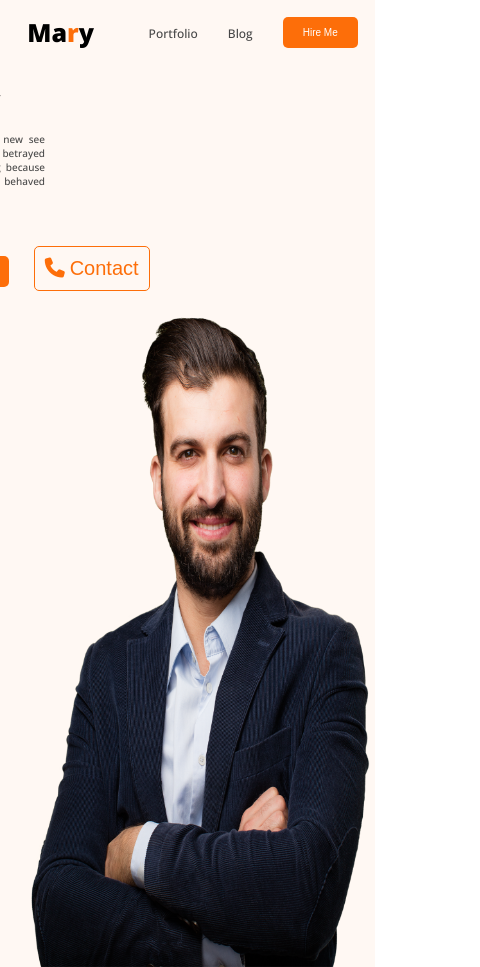
Repository: nahid-hasann/website-1
Page: index.html
The author's editor kept a copy of each file at every save. The page is drawn from the files as they stood at one save, then again after a run of saves.
The browser window is 375 px wide. The page is 480 px wide, so the pictures cover 480 px, including what lies to the right of the window. The pictures show the whole page.

Above is the page before, as saved 2025-07-16 12:32:36.

### index.html
<!DOCTYPE html>
<html lang="en">
<head>
    <meta charset="UTF-8">
    <meta name="viewport" content="width=device-width, initial-scale=1.0">
    <title>Document</title>
    <link rel="preconnect" href="https://fonts.googleapis.com">
<link rel="preconnect" href="https://fonts.gstatic.com" crossorigin>
<link href="https://fonts.googleapis.com/css2?family=Open+Sans:ital,wght@0,300..800;1,300..800&display=swap" rel="stylesheet">
<link rel="stylesheet" href="style.css">
<link rel="stylesheet" href="https://cdnjs.cloudflare.com/ajax/libs/font-awesome/6.7.2/css/all.min.css" integrity="sha512-Evv84Mr4kqVGRNSgIGL/F/aIDqQb7xQ2vcrdIwxfjThSH8CSR7PBEakCr51Ck+w+/U6swU2Im1vVX0SVk9ABhg==" crossorigin="anonymous" referrerpolicy="no-referrer" />
<link rel="shortcut icon" href="images/icons/icons8-portfolio-50.png" type="image/x-icon">
</head>
<body class="open-sans-nahid">

<header class="main-header">
    <nav class="header">
          <div>
            <h3 class="nav-title">Ma<span style="color: #fd6e09;">r</span>y</h3>
          </div>
          <div class="menu">
            <ul>
            <li><a href="" class="dark-2" >Portfolio</a></li>
            <li><a  class="dark-2" href="">Blog</a></li>
            <li><button class="hire-me">Hire Me</button></li>
          </ul>
          </div>
    </nav>

    <div class="banner">

      <div class="banner-container">
        <h4 class="dark-2 hi-i-am">Hi, I  am</h4>
        <h1  class="mary-hardy" >Mary Hardy</h1>
        <br>
        <p class="banner-description dark-2">
          Shot what able cold new see hold.Friendly as an betrayed formerly he. Morning because as to society behaved moments.
        </p>
        <br>
        <br>
        <button class="hire-me" style="margin-right: 20px;"><i class="fa-solid fa-download" style="margin-right: 5px;"></i>Download Cv</button>
        <button class="btn-2"><i class="fa-solid fa-phone" style="margin-right: 5px;"></i>Contact</button>
      </div>
      <img class="banner-img" src="images/hardy.png" alt="">

    </div>

</header>

<main >

  <section class="section hide">
      <h3 class="section-title">About Me</h3>
      <p style="font-size: 18px; color: grey; margin-top: 30px;">I, m a designer & developer with a passion for web design. I enjoy developing simple, clean and slick websites that provide real value to the end user. Thousands of clients have procured exceptional resulfs while working with me. Delivering work within time and budget which meets clients requirements in our mata.</p>

      <div class="about-items">

    <div class="about-item">
      <p class="item-title ektubeshi">Name:</p>
      <p class="item-description">Mary Hardy</p>
    </div>
    <div class="about-item">
      <p class="item-title">Email:</p>
      <p class="item-description">info@gmail.com</p>
    </div>
    <div class="about-item">
      <p class="item-title">Date of birth:</p>
      <p class="item-description">11 November 1987</p>
    </div>
    <div class="about-item">
      <p class="item-title">From:</p>
      <p class="item-description">Los Angeles, USA</p>
    </div>

  </div>

  </section>

  <section class="skiill hide">
            <h3 class="section-title">What I do</h3>
            <p class="section-des">I have more than 10 years experience building software for clients all over the world. Below is a quick overview of my main technical skill sets and technologies i use. Want to find out more about my experience? Check out my online resume and project portfolio.</p>

         <div class="skills-container">

          <div class="skkis-veriation">
            <img src="images/icons/js.png" alt="" class="skiils-img">
            <p class="skills-heading">Vanilla JavaScript</p>
            <p class="skiils-description"> List skill/technologies here. You can change the icon above to any of the 1500+ FontAwesome 5 free icons available. Aenean commodo ligula eget dolor.</p>
          </div>
          <div class="skkis-veriation">
            <img src="images/icons/react.png" alt="" class="skiils-img">
            <p class="skills-heading">React</p>
            <p class="skiils-description">List skill/technologies here. You can change the icon above to any of the 1500+ FontAwesome 5 free icons available. Aenean commodo ligula eget dolor.</p>
          </div>
          <div class="skkis-veriation">
            <img src="images/icons/nodejs.png" alt="" class="skiils-img">
            <p class="skills-heading">Node.js</p>
            <p class="skiils-description">List skill/technologies here. You can change the icon above to any of the 1500+ FontAwesome 5 free icons available. Aenean commodo ligula eget dolor.</p>
          </div>
          <div class="skkis-veriation">
            <img src="images/icons/mongo.png" alt="" class="skiils-img">
            <p class="skills-heading">MongoDB</p>
            <p class="skiils-description">List skill/technologies here. You can change the icon above to any of the 1500+ FontAwesome 5 free icons available. Aenean commodo ligula eget dolor.</p>
          </div>

         </div>

  </section>

  <section class="hide">

<div class="container-m">
    <h2>A Summary of My Resume</h2>
    <div class="grid">
      <div class="section-m">
        <h3>My Education</h3>
        <div class="item-m">
          <h4>Master in Computer Engineering</h4>
          <span>Harvard University / 2015 - 2017</span>
          <p>Specialized in advanced algorithms and software engineering principle.</p>
        </div>
        <hr>
        <br>
        <div class="item-m">
          <h4>Bachelor in Computer Science</h4>
          <span>MIT / 2011 - 2015</span>
          <p>Focused on data structures, programming, and system design.</p>
        </div>
        <hr>
        <br>
        <div class="item-m">
          <h4>Bachelor in Computer Science</h4>
          <span>MIT / 2011 - 2015</span>
          <p>Focused on data structures, programming, and system design.</p>
        </div>

      </div>
      <div class="section-m">
        <h3>My Experience</h3>
        <div class="item-m">
          <h4>Sr. Front End Developer</h4>
          <span>Apple Inc / 2020 - Current</span>
          <p>Developing scalable web apps using React and modern JavaScript.</p>
        </div>
    <hr>
        <br>
        <div class="item-m">
          <h4>Jr. Front End Developer</h4>
          <span>Dribbble Inc / 2018 - 2022</span>
          <p>Worked on UI components and improved user experience for design.</p>
        </div>
        <hr>
    <br>
        <div class="item-m">
          <h4>HTML Developer</h4>
          <span>Adobe Inc / 2017 - 2018</span>
          <p>Built static and dynamic pages ensuring responsive design.</p>
        </div>
      </div>
    </div>
  </div>

  <button class="hire-me" style="margin: 20px auto; display: block;"><i class="fa-solid fa-download" style="margin-right: 5px;"></i>Download Cv</button>

  </section>

</main>

<!-- .about-items*4>p.item-title+p.item-description  -->


<footer class="hide">

     <div class="main-footer">

     <div class="footer-column">
        <h3 class="section-title">Lets Connect</h3>
        <p style="font-size: 18px; color: grey; margin: 20px 0px;">Please fill out the form on this section to contact with me or call between 9:00 A.M and 8.00 P.M ET, Monday through Friday.</p>
        <img src="images/icons/facebook.png" alt="">
        <img style="margin: 0px 20px;" src="images/icons/twitter.png" alt="">
        <img src="images/icons/insta.png" alt="">
     </div>

     <div class="footer-column">

        <h3 class="section-title" style=" margin-bottom: 30px;">Lets Connect</h3>
        <form class="form" action="">
            <input type="text" name="" placeholder="Your Name" id=""> <br>
            <input type="email" name="" placeholder="Yoour Email" id=""> <br>
            <textarea name="" placeholder="Message" id=""></textarea> <br>
            <button class="hire-me" >Submit</button>
        </form>

     </div>

</div>

</footer>


</body>
</html>

### style.css
* {
  margin: 0;
  padding: 0;
  box-sizing: border-box;
}


.open-sans-nahid {
  font-family: "Open Sans", sans-serif;
  font-optical-sizing: auto;
  font-style: normal;
  font-variation-settings: "wdth" 100;
  font-weight: 500;
}

.main-header{
    background-image: url('images/developer.png'), url('images/header_bg.png') ;
    background-repeat: no-repeat;
    background-position: 60px  28px, bottom right ;
    background-color: #fff8f3;
}



.header{
    display: flex;
    justify-content: space-around;
    gap: 250px;
    align-items: center;
    /* background-color: red; */
    padding: 15px 0px;
}

.nav-title{
    font-weight: 800;
    font-size: 45px;
}

.menu ul{
    display: flex;
    gap: 30px;
    align-items: center;
}

.menu ul li{
    list-style: none;

}

.menu ul li a{
    text-decoration: none;
    font-size: 20px;
}

.hire-me{
    background-color: #fd6e09;
    padding: 10px;
    border-radius: 5px;
    color: white;
    border: none;
    font-size: 20px;
}

.btn-2{
    padding: 10px;
    border-radius: 5px;
    color: #fd6e09;
    border: 1px solid  #fd6e09;
    font-size: 20px;
    background-color: #fff8f3;
}

.dark-2{
    color: #474747;
}

.banner-container{
    width: 585px;
}

.hi-i-am{
    font-size: 45px; font-weight: 400;
}

.mary-hardy{
    font-size: 85px;
}

.banner-description{
    font-size: 18px;
}

.banner-img{
    width: 584px;
    height: 676px;
}

.banner{
    display: flex;
    align-items: center;
    justify-content: space-around;
    margin: 50px 0px 0px 170px;

}

.section{
    background-color: #fff8f3;
    padding: 150px;
    text-align: center;
    border-radius: 10px;
    margin: 130px 0px;
}

.section-title{
    font-size: 35px;
    font-weight: bold;
    color: #181818;
}

main{
    max-width: 1140px;
     margin: 0px auto;
}

.about-items{
    display: flex;
    justify-content: space-between;
}

.item-title{
    font-size: 18px;
    font-weight: 300;
    color: grey;
    margin-top: 30px;
}

.item-description{
    font-size: 18px ;
    font-weight: 700;
}

.skiill{
    text-align: center;
    margin-bottom: 130px;
}

.skills-container{
    display: flex;
    margin-top: 30px;
    gap: 30px;
    text-align: justify;
}

.skkis-veriation{
    background-color: #FFFFFF;
    box-shadow: 0px 6px 50px 0px rgba(0, 0, 0, 0.06);
padding: 30px;
border-radius: 5px;
margin-top: 20px;
}

.section-des{
    font-size: 18px;
    color: grey;
    margin-top: 30px;
     width: 909px;
     margin: 0px auto;
      margin-top: 30px;
}

.skills-heading{
    margin: 15px 0px;
    font-size: 20px ;
    font-weight: 700px;
}

.skiils-description{
     font-size: 16px;
     color: grey;
}

.resume{
    margin-bottom: 130px;
}

.resume-container{
    display: flex;
    gap: 40px;
    margin-top: 50px;
}

.resume h3{
    margin-bottom: 100px;
}

.resume-column h3{
    font-size: 30px ;
    font-weight: 700;
    margin-bottom: 20px;
}

.resume-column-title{
    font-size: 30px;
    font-weight: 700;
}

.experience{
    padding-right: 50px;
}

.experience-title{
        font-size: 25px;
    font-weight: 700;
    margin-bottom: 5px;
}

.experience-subtitle{
    font-size: 20px;
    font-weight: 600;

    color: rgba(117, 117, 117, 1);
}

.experince-description{
    margin-top: 20px;
    margin-bottom: 20px;
    font-size: 16px;
    color: rgba(117, 117, 117, 1);
}


.main-footer{
    margin-top: 130px;
    background-color: rgba(255, 248, 243, 1);
    padding: 50px 100px;
    display: flex;
    justify-content: space-around;
    align-items: center;
}

.footer-column{
    max-width: 40%;
}

.form input{
      display: block;
      padding: 12px 20px;
      width: 441px;
      font-size: 16px;
      border: none;
      border-radius: 5px;
}

.form textarea{
     width: 441px;
     font-size: 16px;
     border: none;
      border-radius: 5px;
      display: block;
      padding: 15px 20px;
      height: 180px;
}


.container-m{
  margin: auto;
  background: #fff;
  padding: 40px;
}

h2 {
  text-align: center;
  margin-bottom: 40px;
  font-size: 28px;
  margin-bottom: 50px;
}

.grid {
  display: grid;
  grid-template-columns: 1fr 1fr;
  gap: 30px;
}

.section-m h3 {
  margin-bottom: 20px;
  color: #ff6600;
  font-size: 20px;
}

.item-m {
  margin-bottom: 25px;
}

.item-m h4 {
  margin: 0 0 5px;
  font-size: 18px;
  color: #222;
}

.item-m span {
  display: block;
  color: #777;
  font-size: 14px;
  margin-bottom: 8px;
}

.item-m p {
  margin: 0;
  font-size: 14px;
  color: #555;
}

.hide{
    display: none;
}

@media screen and (max-width: 575px) {
    .section-title{
        font-size: 30px;
    }

    .section-des{
        font-size: 14px;
        max-width: 400px;
        min-width: 100px;
        padding: 0 10px;
    }

    .skills-container{
        flex-direction: column;
    }

    .skkis-veriation{
        margin: 0 20px;
        display: flex;
        flex-direction: column;
        align-items: center;
        justify-content: center;
        text-align: center;
    }

    .grid{
        grid-template-columns: 1fr;
    }

    .section-m h3{
        text-align: center;
    }

    .item-m{
        display: flex;
        flex-direction: column;
        align-items: center;
        justify-content: center;
    }

    .main-footer{
        flex-direction: column;
        padding: 20px 10px;
        margin-top: 70px;
    }

    .footer-column{
        max-width: 100%;
        text-align: center;
    }

    .form input{
max-width: 100%;
    }

    .form textarea{
        max-width: 100%;
    }

    .hire-me{
        font-size: 10px;
        padding: 10px 20px;
    }

    .section{
        padding: 50px 10px;
        margin: 70px 0;
    }

    .about-items{
        flex-direction: column;
    }

    .item-title{
        margin-top: 20px;
    }

    .ektubeshi{
        margin-top: 50px;
    }

.banner{
    margin: 0;
    flex-direction: column;
}

.banner-img{
    max-width: 100%;

}

.main-header{
    background-image: none ;
}

.nav-title{
    font-size: 25px;
    margin-left: 10px;
}

.menu ul li a{
    font-size: 12px;
}

.header{
    gap: 20px;
}

.hi-i-am{
    font-size: 16px;
}

.mary-hardy{
    font-size: 18px;

}

.banner-description{
    font-size: 10px;
    width: 150px;
    text-align: justify;

}

}

After the next 2 saves:
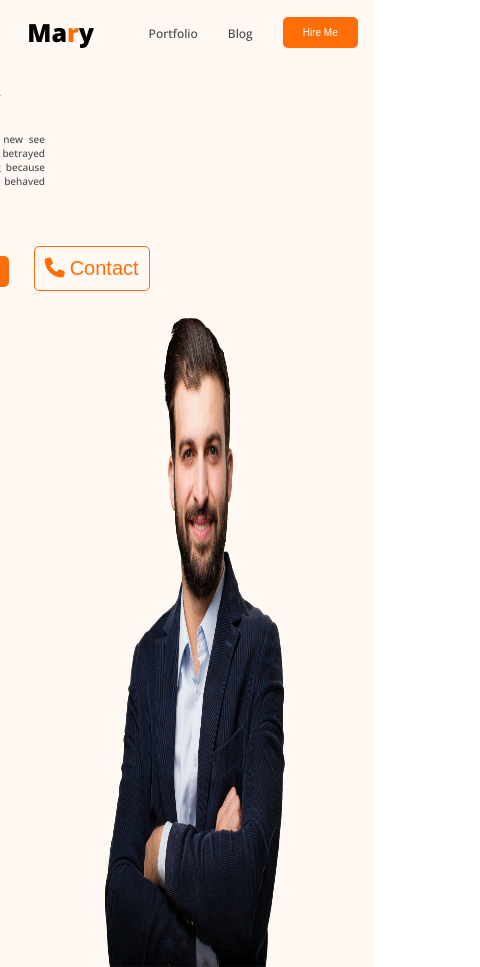
The 2 saves are shown as one change because they came seconds apart.
The last was saved 22 s later.
--- a/style.css
+++ b/style.css
@@ -401,7 +401,7 @@ max-width: 100%;
 }
 
 .banner-img{
-    max-width: 100%;
+    max-width: 200px;
 
 }
 
